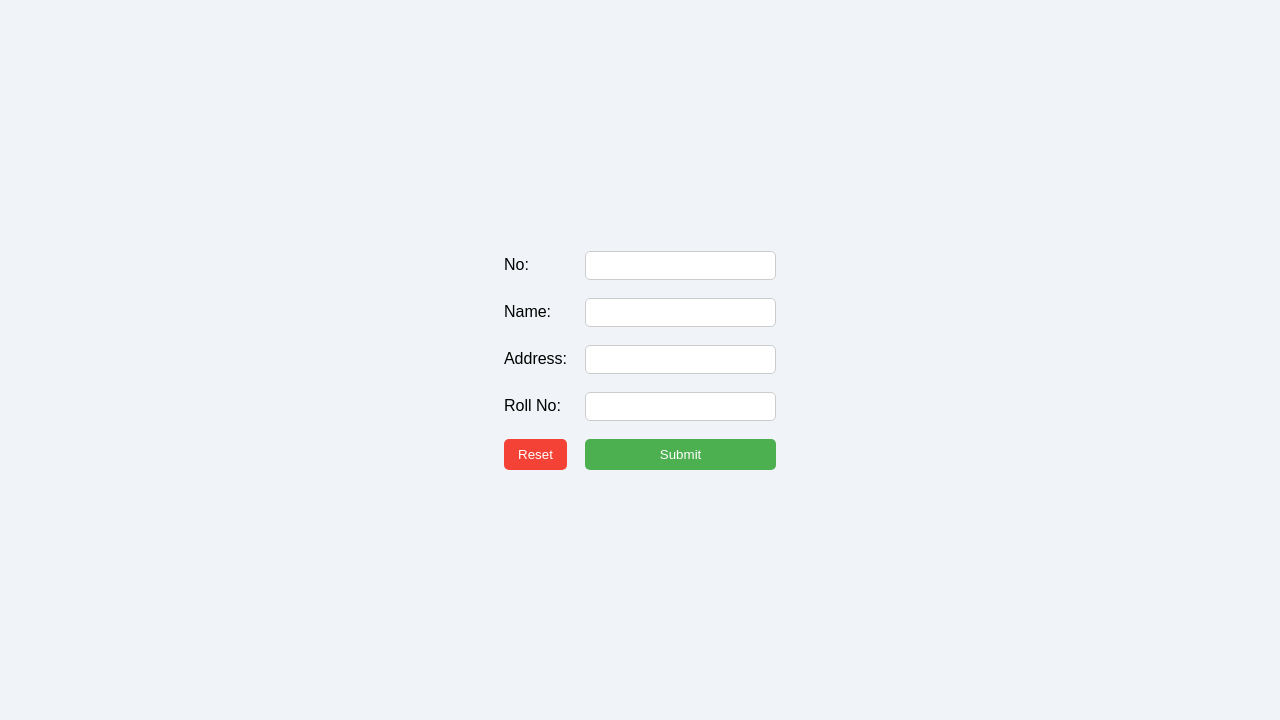
Repository: munnakumar046/eclipse-workspace
Page: DBApp/WebContent/form.html
These files come from the project's save history. The page is drawn as it stood at one moment and after the next save; the edit follows.
The browser window is 1280 px wide. The pictures show the whole page.

Above is the page before, as saved 2024-11-07 16:15:28.

After the next save:
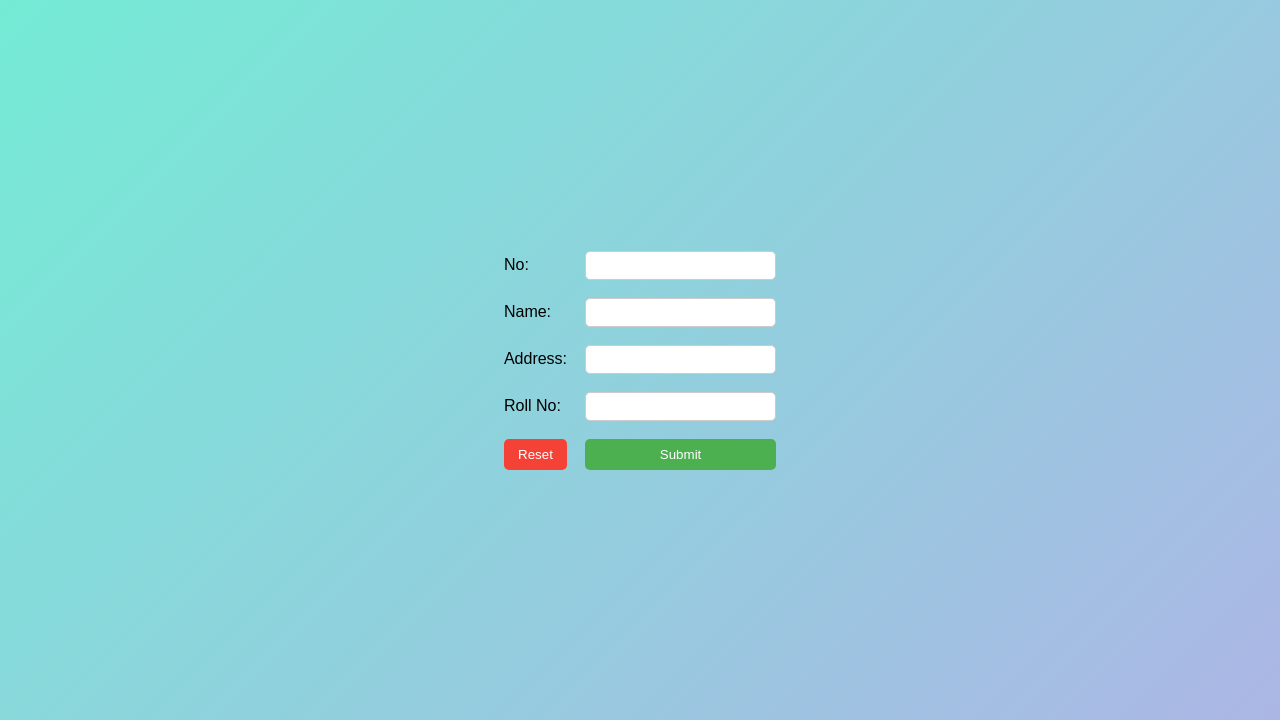
Saved 3 min 44 s later.
--- a/DBApp/WebContent/form.html
+++ b/DBApp/WebContent/form.html
@@ -3,7 +3,7 @@
     <style>
         /* Background styling */
         body {
-            background-color: #f0f4f8;
+            background: linear-gradient(135deg, #74ebd5, #acb6e5); /* Gradient from teal to light blue */
             display: flex;
             align-items: center;
             justify-content: center;
